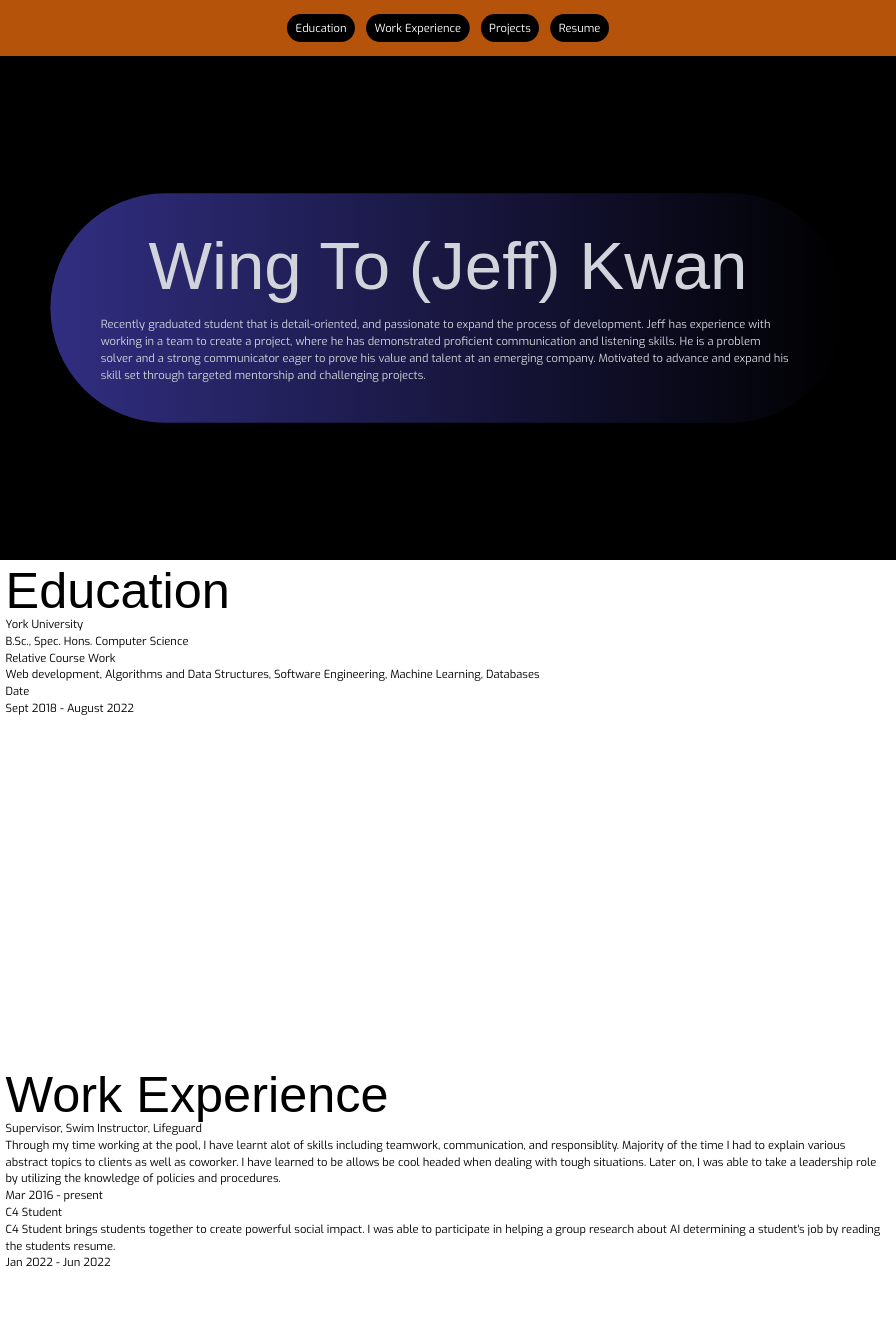
Repository: Jeffkw213/profile_website
Page: /
The author's editor kept a copy of each file at every save. The page is drawn from the files as they stood at one save, then again after the next save.
The browser window is 1280 px wide. The pictures show the part of the page from y = 0 to 1920 px (the page is 3040 px tall before and 2976 px after), at 70% of full size.
Some web fonts or font styles are not loaded; a fallback is used. The project was rebuilt for these pictures with package versions that can differ from the ones it lists, and the page was loaded fresh each time. Also part of the build but not shown: vite.config.js.

Above is the page before, as saved 2022-09-26 14:31:45.

### src/index.jsx
import React from 'react';
import ReactDOM from 'react-dom/client';
import App from './App';
import reportWebVitals from './reportWebVitals';
import './index.css';

// DOM creates an instance of your App component, though it can also pass simple JSX without any component instantiation
const root = ReactDOM.createRoot(document.getElementById('root'));
root.render(
  <React.StrictMode>
    <App />
  </React.StrictMode>
);

// If you want to start measuring performance in your app, pass a function
// to log results (for example: reportWebVitals(console.log))
// or send to an analytics endpoint. Learn more: https://bit.ly/CRA-vitals
reportWebVitals();

### src/App.jsx
import Education from './components/Education';
import Nav from './components/Nav';
import Projects from './components/Projects';
import Title from './components/Title';
import Work from './components/Work';
import records from './data/records.json';
import Navitop from './components/NavigationTop'
const App = () => {
  return (
    <div className="m-0 p-0 box-border relative font-Exo min-w-[800]">
      <Navitop />
      <Title {...records.Who} />
      <Education {...records.Education} />
      <Work employ={records.Employment} />
      <Projects />
      <Nav {...records.Social} />
    </div>
  );
};

export default App;

### src/index.css
@import url('https://fonts.googleapis.com/css2?family=Exo:wght@100;400&display=swap');
@import url('http://fonts.cdnfonts.com/css/nexa-bold');

@tailwind base;
@tailwind components;
@tailwind utilities;

### src/components/Education.jsx
export default function Education(props) {
  return (
    <div className="h-screen p-2">
      <div>
        <h1 className="font-Nexa text-7xl">Education</h1>
      </div>
      <p>{props.School}</p>
      <p>{props.Degree}</p>
      <p>Relative Course Work</p>
      <p>{props.RelatativeCoursework}</p>
      <p>Date</p>
      <p>
        {props.Start} - {props.Graduation}
      </p>
    </div>



  );
}

### src/components/Nav.jsx
//This is gonna be the navigation bar
//Need to create a list of
import Git from '../data/GitHub-Mark-64px.png';
import Linkedin from '../data/LI-In-Bug.png';
import Gmail from '../data/Gmail_Logo_64px.png';
export const List = (props) => (
  <nav className="flex justify-center">
    <ul className="">
      <li className="inline-block">
        <a href={props.Linkedin} target="_blank" rel="noopener noreferrer">
          <img src={Linkedin} alt="Linkedin Logo" className="h-16 opacity-[.25]" />
        </a>
      </li>
      <li className="inline-block">
        <a href={props.Github} target="_blank" rel="noopener noreferrer">
          <img src={Git} alt="Git Logo" className="h-16 opacity-[.25]" />
        </a>
      </li>
      <li className="inline-block ml-2">
        <a href={`mailto:${props.Email}?subject=Hi%20I'm%20Stupid`}>
          <img src={Gmail} alt="Gmail Logo" className="h-16 opacity-[.25]" />
        </a>
      </li>
    </ul>
  </nav>
);

export default function Nav(props) {
  return (
    <div
      className="h-20
    relative
    w-full
    py-2
    text-center
    bg-indigo-900"
    >
      <List {...props} />
    </div>
  );
}

### src/components/Projects.jsx
import projects from '../data/projects';

export default function Projects() {
  return (
    <div className='h-screen p-2'>
      {projects.map((item, index) => {
        return (
          <div key={index}>
            <p>{item.name}</p>
            <a href={item.link} target="_blank" rel="noopener noreferrer">
              {item.link}
            </a>
            <p>{item.about}</p>
          </div>
        );
      })}
    </div>
  );
}

### src/components/Title.jsx
// This is the title of the website
// There would be a breif discription of who I am
// And there would be a navigation button to scroll to a certain section of the page


export default function Title({ Name, Description }) {
  return (
    <div className="px-8 min-w-[780px] min-h-screen max-h-screen bg-black flex items-center justify-center">
      <div className="relative max-h-full bg-gradient-to-r from-indigo-900 rounded-full py-10 text-gray-300 opacity-100">
        <h1 className="font-Nexa text-8xl text-center pt-4 pb-2">{Name}</h1>
        <p className="p-4 mx-14 max-w-screen-lg min-w-[50%]">{Description}</p>
      </div>
    </div>
  );
}

### src/components/Work.jsx
export default function Work({ employ }) {
  return (
    <div className="h-screen p-2">
      <h1 className="font-Nexa text-7xl"> Work Experience </h1>
      {employ.map((item, index) => {
        return (
          <div key={index} className="">
            <div></div>
            <p>{item.Role}</p>
            <p>{item.Description}</p>
            <p>{item.Date}</p>
          </div>
        );
      })}
    </div>
  );
}

### src/data/records.json
{
  "Who": {
    "Name": "Wing To (Jeff) Kwan",
    "Location": {
      "City": "Richmond Hill",
      "Province": "Ontario",
      "Country": "Canada",
      "Street": "176 Kimono Crescent",
      "Postal": "L4S 2A4"
    },
    "Description": "Recently graduated student that is detail-oriented, and passionate to expand the process of development. Jeff has experience with working in a team to create a project, where he has demonstrated proficient communication and listening skills. He is a problem solver and a strong communicator eager to prove his value and talent at an emerging company. Motivated to advance and expand his skill set through targeted mentorship and challenging projects.",
    "Skills": {
      "Languages": "Python, Java, Javascript, CSS, HTML, SQL, Prolog, C#, C98, C99",
      "Framework": "Numpy, Pandas, MySQL, React, Node.js",
      "Platform": "Linux, Windows, MACOS, Android",
      "Techniques": "OOP, DataStructures, Machine Learning, Data Mining"
    }
  },
  "Social": {
    "Email": "jeffkwan10@gmail.com",
    "Linkedin": "https://www.linkedin.com/in/jeff-kwan-881a41203/",
    "Github": "https://github.com/Jeffkw213"
  },

  "Education": {
    "School": "York University",
    "Degree": "B.Sc., Spec. Hons. Computer Science",
    "RelatativeCoursework": "Web development, Algorithms and Data Structures, Software Engineering, Machine Learning, Databases",
    "Graduation": "August 2022",
    "Start": "Sept 2018"
  },

  "Employment": [
    {
      "Role": "Supervisor, Swim Instructor, Lifeguard",
      "Where": "City of Richmond Hill",
      "Description": "Through my time working at the pool, I have learnt alot of skills including teamwork, communication, and responsiblity. Majority of the time I had to explain various abstract topics to clients as well as coworker. I have learned to be allows be cool headed when dealing with tough situations. Later on, I was able to take a leadership role by utilizing the knowledge of policies and procedures.",
      "Date": "Mar 2016 - present"
    },
    {
      "Role": "C4 Student",
      "Where": "York University",
      "Description": "C4 Student brings students together to create powerful social impact. I was able to participate in helping a group research about AI determining a student's job by reading the students resume.",
      "Date": "Jan 2022 - Jun 2022"
    }
  ]
}

### src/components/NavigationTop.jsx
export default function ButtonNavi() {
  return (
    <header className="bg-amber-700 h-">
      <nav className="p-3 text-center">
        <button
          className="m-2 p-2 px-3 bg-black text-white rounded-full
      transition delay-150 duration-300 ease-in-out hover:scale-110"
        >
          Education
        </button>
        <button
          className="m-2 p-2 px-3 bg-black text-white rounded-full
      transition delay-150 duration-300 ease-in-out hover:scale-110"
        >
          Work Experience
        </button>
        <button
          className="m-2 p-2 px-3 bg-black text-white rounded-full
      transition delay-150 duration-300 ease-in-out hover:scale-110"
        >
          Projects
        </button>
        <a href="/Resume.pdf" target="_blank">
          <button
            className="m-2 p-2 px-3 bg-black text-white rounded-full
        transition delay-150 duration-300 ease-in-out hover:scale-110 hover:bg-indigo-900"
          >
            Resume
          </button>
        </a>
      </nav>
    </header>
  );
}

### src/data/projects.js
export default [
  {
    name: '8-puzzle',
    about: 'Create a 8-puzzle game with python. This project mainly focuses on different ways to find the best solution to solve the puzzle. I have used Best First approach, Depth First, and the Mannhattan Solution. The goal of this project was to expand understanding of different search methods and continue to exercise mastery of the concepts.',
    link: 'https://github.com/jeffkw213/8-puzzle'
  },
  {
    name: '9-puzzle',
    about: 'Hi this is a dummy thing to see if this works properly',
    link: 'https://github.com/jeffkw213/9-puzzle'
  }
];

### tailwind.config.js
/** @type {import('tailwindcss').Config} */
module.exports = {
  content: ['./index.html', './src/**/*.{js,jsx}'],
  theme: {
    extend: {
      fontFamily: {
        Exo : "'Exo', sans-serif",
        Nexa : "'Nexa', sans-serif",
      },
      variants: {
        width: ["responsive", "hover", "focus"]
      },
      minWidth: {
        '1/2': '50%',
      }
    }
  },
  plugins: []
};

Loaded but not shown: public/index.html (common file); src/reportWebVitals.js (common file)

After the next save:
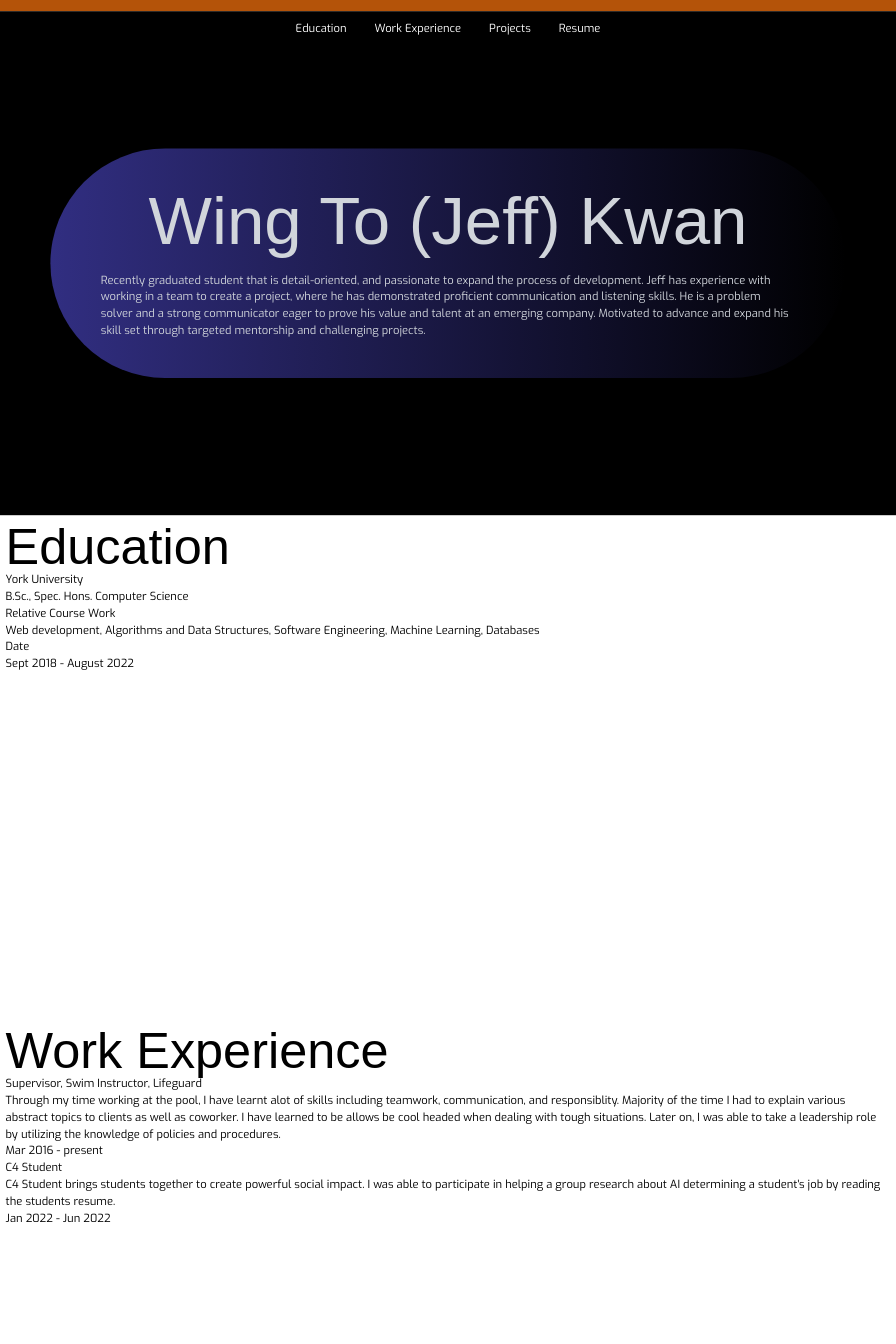
Saved 6 s later.
--- a/src/components/NavigationTop.jsx
+++ b/src/components/NavigationTop.jsx
@@ -1,6 +1,6 @@
 export default function ButtonNavi() {
   return (
-    <header className="bg-amber-700 h-">
+    <header className="bg-amber-700 h-4">
       <nav className="p-3 text-center">
         <button
           className="m-2 p-2 px-3 bg-black text-white rounded-full
